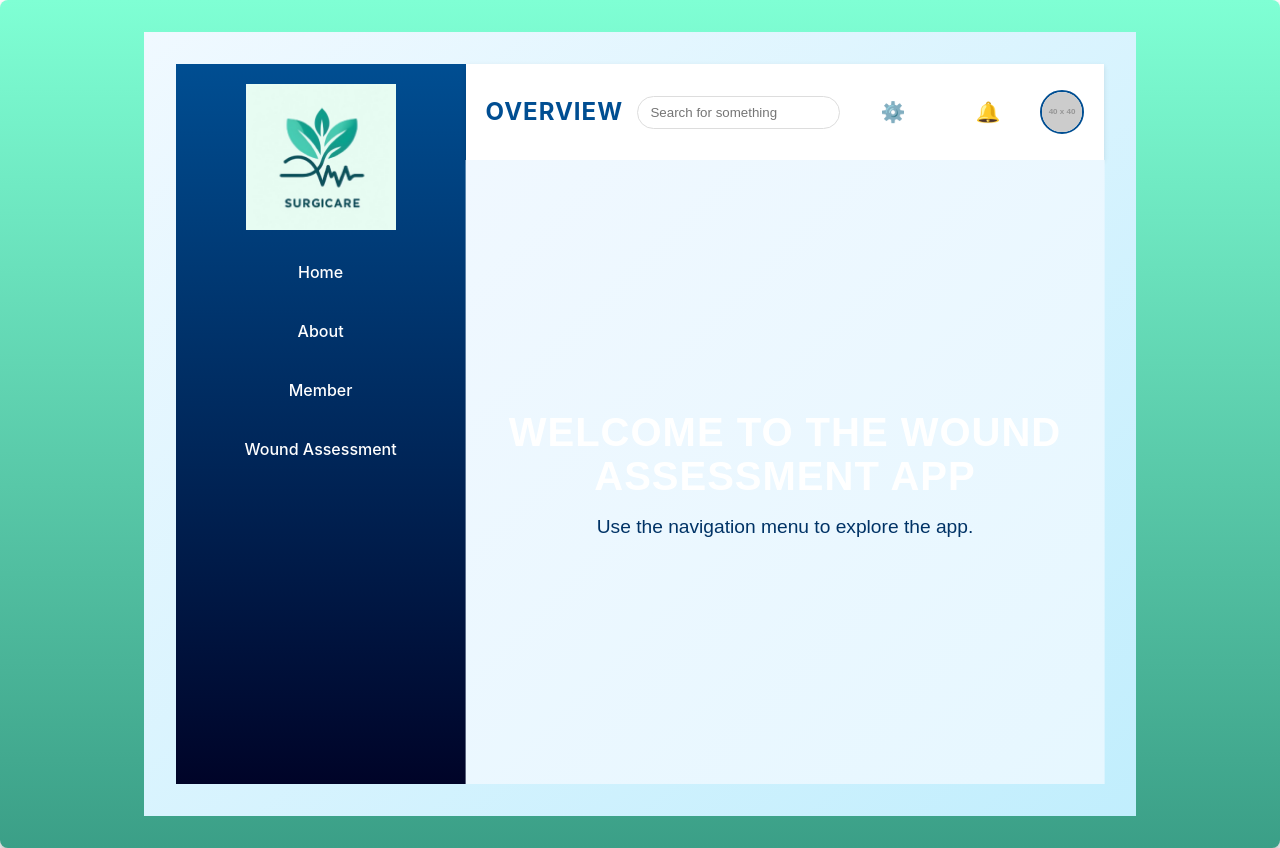
Repository: Jinwoo290350/Surgicare-Vue
Page: / (app in surgicare/)
The author's editor kept a copy of each file at every save. The page is drawn from the files as they stood at one save, then again after the next save.
The browser window is 1280 px wide. The pictures show the whole page.
The project was rebuilt for these pictures with package versions that can differ from the ones it lists, and the page was loaded fresh each time. Also part of the build but not shown: surgicare/vite.config.js, surgicare/src/views/About.vue, surgicare/src/views/Member.vue, surgicare/src/components/WoundAssessment.vue.

Above is the page before, as saved 2024-12-30 14:02:18.
Console error: TypeError: Cannot read properties of null (reading 'getContext')

### surgicare/index.html
<!doctype html>
<html lang="en">
  <head>
    <meta charset="UTF-8" />
    <link rel="icon" type="image/svg+xml" href="/vite.svg" />
    <meta name="viewport" content="width=device-width, initial-scale=1.0" />
    <title>Vite + Vue</title>
  </head>
  <body>
    <div id="app"></div>
    <script type="module" src="/src/main.js"></script>
  </script>
  <link href="https://fonts.googleapis.com/css2?family=Roboto:wght@400;500;700&display=swap" rel="stylesheet">

  <script type="text/javascript" src="./src/star.js"></script>
  </body>
</html>

### surgicare/src/main.js
import { createApp } from 'vue'
import './style.css'
import App from './App.vue'
import router from "./router";

createApp(App).use(router).mount("#app");

### surgicare/src/style.css
:root {
  font-family: Inter, system-ui, Avenir, Helvetica, Arial, sans-serif;
  line-height: 1.5;
  font-weight: 400;
  color-scheme: light dark;
  color: rgba(255, 255, 255, 0.87);
  background-color: #242424; /* Keeping the same background, just a bit darker */
  font-synthesis: none;
  text-rendering: optimizeLegibility;
  -webkit-font-smoothing: antialiased;
  -moz-osx-font-smoothing: grayscale;
}

a {
  font-weight: 500;
  text-decoration: inherit;
  transition: color 0.3s ease-in-out;
}
a:hover {
  color: #535bf2; /* Keep the same blue hover effect */
}

body {
  margin: 0;
  display: flex;
  place-items: center;
  min-width: 320px;
  min-height: 100vh;
  padding-left: 20px;
  padding-right: 20px;
  background-color: #1f2d29; /* Darkened background color */
  background-image: linear-gradient(to top, #3b9f87, #7FFFD4); /* Keep the original gradient, just darker */
  background-repeat: repeat-x;
  filter: progid:DXImageTransform.Microsoft.gradient(startColorstr='#3b9f87', endColorstr='#7FFFD4', GradientType=0);
  border-radius: 8px;
  box-shadow: 0 6px 12px rgba(0, 0, 0, 0.3); /* Stronger shadow for depth */
}

h1 {
  font-size: 3.2em;
  line-height: 1.1;
  color: #fff;
  text-transform: uppercase;
  letter-spacing: 1px;
  margin-bottom: 0.5em;
  transition: transform 0.3s ease-in-out;
}
h1:hover {
  transform: scale(1.05); /* Slightly enlarges title on hover */
}

button {
  border-radius: 8px;
  border: 1px solid transparent;
  padding: 0.8em 1.5em;
  font-size: 1em;
  font-weight: 500;
  font-family: inherit;
  background-color: #333; /* Slightly darker button background */
  color: white;
  cursor: pointer;
  transition: all 0.3s ease;
}
button:hover {
  border-color: #646cff;
  background-color: #444; /* Darker hover effect */
  transform: translateY(-2px); /* Lift effect on hover */
}
button:focus,
button:focus-visible {
  outline: 4px auto -webkit-focus-ring-color;
}

.card {
  padding: 2em;
  background-color: #2a2a2a; /* Darkened card background */
  border-radius: 12px;
  box-shadow: 0 4px 10px rgba(0, 0, 0, 0.4); /* Darker shadow for cards */
  transition: transform 0.3s ease;
}
.card:hover {
  transform: translateY(-5px); /* Slight lift effect on hover */
}

#app {
  max-width: 1280px;
  margin: 0 auto;
  padding: 2rem;
  text-align: center;
}

/* Media Query for Small Screens (Mobile) */
@media (max-width: 768px) {
  body {
    padding-left: 15px;
    padding-right: 15px;
  }

  h1 {
    font-size: 2.4em; /* Slightly smaller title for mobile screens */
  }

  button {
    padding: 0.6em 1.2em;
    font-size: 1em;
  }

  .card {
    padding: 1.5em;
  }

  #app {
    padding: 1.5rem;
  }
}

/* Light Mode Styles */
@media (prefers-color-scheme: light) {
  :root {
    color: #213547;
    background-color: #ffffff;
  }
  a:hover {
    color: #747bff;
  }
  button {
    background-color: #f9f9f9;
    color: #333;
  }
  .card {
    background-color: #f5f5f5;
    box-shadow: 0 2px 6px rgba(0, 0, 0, 0.1);
  }
}

### surgicare/src/App.vue
<template>
  <div id="app" class="app-container">
    <aside class="sidebar">
      <img src="/Users/frank/Vscode/Vue/surgicare/public/Icon_surgicare.png" alt="Logo" class="logo" />
      <nav class="menu">
        <router-link to="/">Home</router-link>
        <router-link to="/about">About</router-link>
        <router-link to="/member">Member</router-link>
        <router-link to="/wound-assessment">Wound Assessment</router-link>
      </nav>
    </aside>

    <main class="main-content">
      <header class="header">
        <h1>Overview</h1>
        <div class="header-tools">
          <input type="text" placeholder="Search for something" class="search-box" />
          <button class="settings-btn">⚙️</button>
          <button class="notifications-btn">🔔</button>
          <img src="https://via.placeholder.com/40" alt="Profile" class="profile-pic" />
        </div>
      </header>
      <div class="content-area">
        <div class="placeholder">WELCOME TO THE WOUND ASSESSMENT APP</div>
        <router-view />
      </div>
    </main>
  </div>
</template>

<script>
export default {
  name: "DashboardPage",
};
</script>

<style scoped>
/* General Styles */
body {
  margin: 0;
  font-family: 'Poppins', Arial, sans-serif;
}

.app-container {
  display: flex;
  height: 100vh;
  background: linear-gradient(to bottom right, #f0f9ff, #c1eefd);
}

.sidebar {
  width: 250px;
  background: linear-gradient(to bottom, #004e92, #000428);
  color: white;
  padding: 20px;
  display: flex;
  flex-direction: column;
  align-items: center;
}

.logo {
  width: 100%;
  max-width: 150px;
  margin-bottom: 20px;
}

.menu a {
  text-decoration: none;
  color: white;
  font-size: 16px;
  margin-bottom: 15px;
  display: block;
  text-align: center;
  padding: 10px 15px;
  border-radius: 8px;
  transition: background 0.3s, transform 0.3s;
}

.menu a:hover {
  background: rgba(255, 255, 255, 0.2);
  transform: scale(1.05);
}

.main-content {
  flex-grow: 1;
  display: flex;
  flex-direction: column;
}

.header {
  display: flex;
  justify-content: space-between;
  align-items: center;
  padding: 20px;
  background: white;
  box-shadow: 0 2px 5px rgba(0, 0, 0, 0.1);
}

.header h1 {
  font-size: 24px;
  color: #004e92;
  margin: 0;
}

.header-tools {
  display: flex;
  align-items: center;
}

.search-box {
  padding: 8px 12px;
  border: 1px solid #ddd;
  border-radius: 25px;
  margin-right: 10px;
  outline: none;
  transition: box-shadow 0.3s;
}

.search-box:focus {
  box-shadow: 0 0 10px rgba(0, 78, 146, 0.5);
}

.settings-btn,
.notifications-btn {
  background: none;
  border: none;
  font-size: 20px;
  color: #555;
  margin-right: 10px;
  cursor: pointer;
}

.profile-pic {
  width: 40px;
  height: 40px;
  border-radius: 50%;
  border: 2px solid #004e92;
}

.content-area {
  flex-grow: 1;
  background: linear-gradient(to bottom right, #e6f7f9, #ffffff);
  display: flex;
  justify-content: center;
  align-items: center;
  position: relative;
}

.placeholder {
  width: 80%;
  height: 80%;
  background: rgba(255, 255, 255, 0.8);
  border-radius: 20px;
  box-shadow: 0 4px 20px rgba(0, 0, 0, 0.1);
  display: flex;
  justify-content: center;
  align-items: center;
  font-size: 28px;
  color: #004e92;
  font-weight: bold;
  text-align: center;
}
</style>

### surgicare/src/router/index.js
import { createRouter, createWebHistory } from "vue-router";
import Home from "../views/Home.vue";
import About from "../views/About.vue";
import Member from '../views/Member.vue';
import WoundAssessment from "../components/WoundAssessment.vue";

const routes = [
  { path: "/", name: "Home", component: Home },
  { path: "/about", name: "About", component: About },
  {
    path: "/member",
    name: "Member",
    component: Member,
  },
  { path: "/wound-assessment", name: "WoundAssessment", component: WoundAssessment },
];

const router = createRouter({
  history: createWebHistory(),
  routes,
});

export default router;

### surgicare/src/views/Home.vue
<template>
  <div class="home">
    <h1 class="title">Welcome to the Wound Assessment App</h1>
    <p class="description">Use the navigation menu to explore the app.</p>
  </div>
</template>

<script>
export default {
  name: "Home",
};
</script>

<style scoped>
.home {
  display: flex;
  flex-direction: column;
  align-items: center;
  justify-content: center;
  position: absolute; /* Ensure it covers the entire viewport */
  top: 50%;
  left: 50%;
  transform: translate(-50%, -50%); /* Center content perfectly */
  width: 100%;
  height: 100%;
  background: linear-gradient(to bottom right, #f0f8ff, #e6f7ff);
  color: #003366;
  font-family: 'Arial', sans-serif;
  text-align: center;
  padding: 20px;
  box-sizing: border-box;
}

.title {
  font-size: 2.5rem;
  font-weight: bold;
  margin-bottom: 15px;
}

.description {
  font-size: 1.2rem;
  font-weight: 300;
  margin-top: 0;
}
</style>

### surgicare/src/star.js
const canvas = document.querySelector('canvas')
const c = canvas.getContext('2d')

canvas.width = innerWidth
canvas.height = innerHeight

window.addEventListener("resize", function() {
    canvas.width = window.innerWidth;
    canvas.height = window.innerHeight;
    init()
})
function Star(x, y, radius, color) {
    this.x = x
    this.y = y
    this.radius = radius
    this.color = color
    this.velocity = {
        x: (Math.random() - 0.5) * 8,
        y: 3
    }
    this.friction = 0.8
    this.gravity = 1
}

Star.prototype.draw = function() {
    c.save()
    c.beginPath()
    c.arc(this.x, this.y, this.radius, 0, Math.PI * 2, false)
    c.fillStyle = this.color
    c.shadowColor = '#E3EAEF'
    c.shadowBlur = 20
    c.fill()
    c.closePath()
    c.restore()
}

Star.prototype.update = function() {
    this.draw()

    //When ball hits bottom of screen
    if(this.y + this.radius + this.velocity.y > canvas.height - groundHeight){
        this.velocity.y = -this.velocity.y * this.friction
        this.shatter()
    }
    else{
        this.velocity.y += this.gravity
    }

    //Hits side of screen
    if(this.x + this.radius + this.velocity.x > canvas.width || this.x - this.radius <= 0){
        this.velocity.x = -this.velocity.x * this.friction
        this.shatter()
    }

    this.x += this.velocity.x
    this.y += this.velocity.y

}

Star.prototype.shatter = function(){
    this.radius -= 3
    for(let i = 0; i < 8; i++){
        miniStars.push(new MiniStar(this.x, this.y, 2))
    }

}

function MiniStar(x, y, radius, color){
    Star.call(this, x, y, radius, color)
    this.velocity = {
        x: (Math.random() - 0.5) * 10,
        y: (Math.random() - 0.5) * 30
    }
    this.friction = 0.8
    this.gravity = 0.1
    this.ttl = 100
    this.opacity = 1
}

MiniStar.prototype.draw = function() {
    c.save()
    c.beginPath()
    c.arc(this.x, this.y, this.radius, 0, Math.PI * 2, false)
    c.fillStyle = `rgba(227,234, 239, ${this.opacity})`
    c.shadowColor = '#E3EAEF'
    c.shadowBlur = 20
    c.fill()
    c.closePath()
    c.restore()
}

MiniStar.prototype.update = function() {
    this.draw()

    if(this.y + this.radius + this.velocity.y > canvas.height - groundHeight){
        this.velocity.y = -this.velocity.y * this.friction
    }
    else{
        this.velocity.y += this.gravity
    }

    this.x += this.velocity.x
    this.y += this.velocity.y
    this.ttl -= 1
    this.opacity -= 0.0001 * this.ttl
}

function creatMountainRange(mountainAmount, height, color){
    for(let i = 0; i < mountainAmount; i++){
        const mountainWidth = canvas.width / mountainAmount
        c.beginPath()
        c.moveTo(i * mountainWidth, canvas.height)
        c.lineTo(i * mountainWidth + mountainWidth + 0.2*canvas.height, canvas.height)
        c.lineTo(i * mountainWidth + mountainWidth / 2, canvas.height - height)
        c.lineTo(i * mountainWidth - 0.2*canvas.height, canvas.height)
        c.fillStyle = color
        c.fill()
        c.closePath()
    }
}

// Implementation
const backgroundGradient = c.createLinearGradient(0, 0, canvas.width, canvas.height)
backgroundGradient.addColorStop(0, '#171e26')
backgroundGradient.addColorStop(1, '#3f586b')

let stars
let miniStars
let backgroundStars
let ticker = 0
let randomSpawnRate = 75
const groundHeight = 0.09 * canvas.height
let inf = 1e9
function init() {
    stars = []
    miniStars = []
    backgroundStars = []

    for(let i = 0; i < 200; i++){
        const x = Math.random() * canvas.width
        const y = Math.random() * canvas.height
        const radius = Math.random() * 3
        backgroundStars.push(new Star(x, y, radius, 'white'))
    }
}

// Animation Loop
function animate() {
    c.clearRect(0, 0, 0, canvas.height)
    c.fillStyle = backgroundGradient
    c.fillRect(0, 0, canvas.width, canvas.height)

    backgroundStars.forEach(backgroundStar => {
        backgroundStar.draw()
    })

    if(flag) creatMountainRange(1, canvas.height * 0.7, '#384551')
    if(flag) creatMountainRange(2, canvas.height * 0.6, '#2B3843')
    if(flag) creatMountainRange(3, canvas.height * 0.4, '#26333E')
    c.fillStyle = '#182028'
    c.fillRect(0, canvas.height - groundHeight, canvas.width, groundHeight)
    stars.forEach((star, index) => {
        star.update();
        if(star.radius == 0){
            stars.splice(index, 1)
        }
    });

    miniStars.forEach((miniStar, index) => {
        miniStar.update();
        if(miniStar.ttl == 0){
            miniStars.splice(index, 1)
        }
    });

    ticker++
    if(ticker >= inf){
        ticker = 0
    }
    if(ticker % randomSpawnRate == 0){
        const radius = 9
        const x = Math.max(radius, Math.random() * canvas.width - radius)
        stars.push(new Star(x, -100, 9, '#E3EAEF'))
        randomSpawnRate = Math.floor(Math.random() * (200 - 125 + 1) + 125)
    }

    requestAnimationFrame(animate)
}

init()
animate()

After the next save:
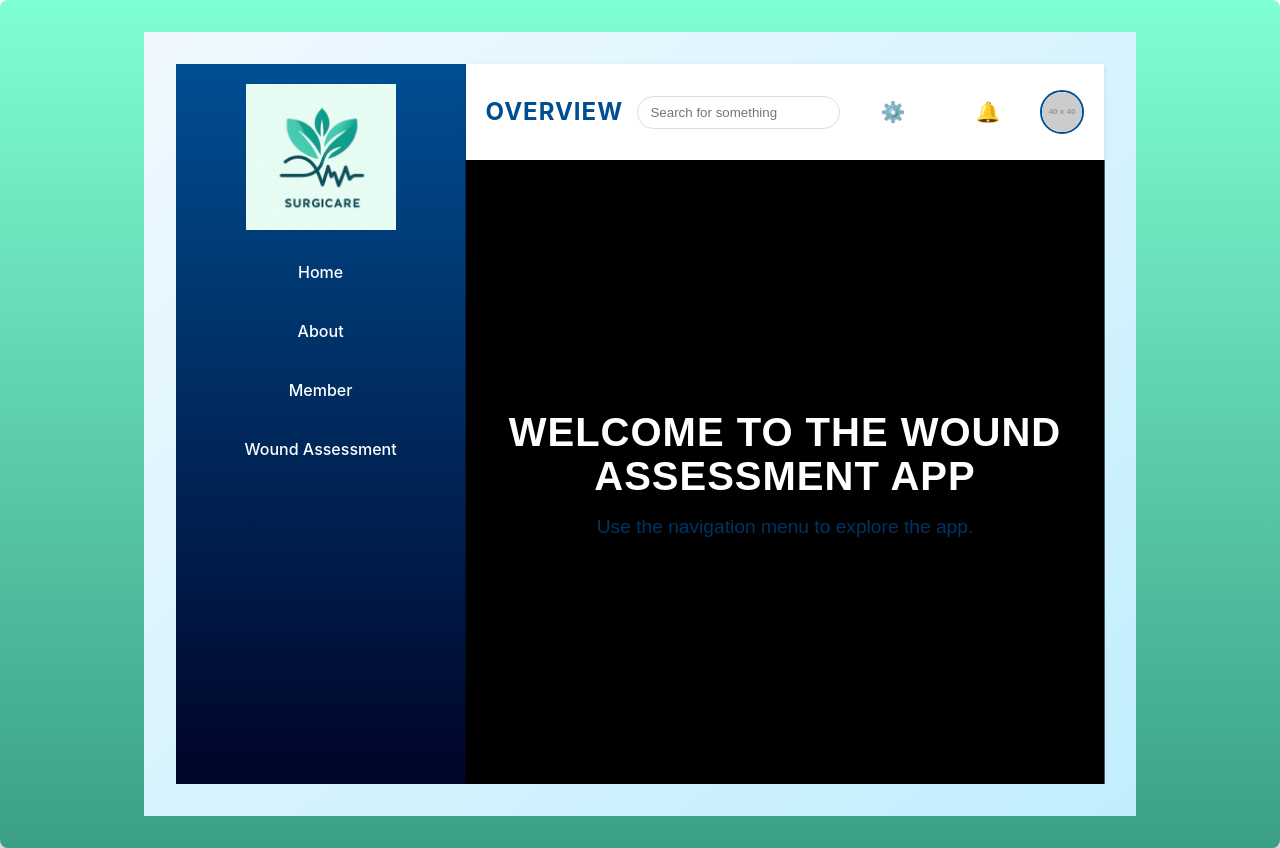
Saved 118 s later.
--- a/surgicare/src/views/Home.vue
+++ b/surgicare/src/views/Home.vue
@@ -23,7 +23,7 @@ export default {
   transform: translate(-50%, -50%); /* Center content perfectly */
   width: 100%;
   height: 100%;
-  background: linear-gradient(to bottom right, #f0f8ff, #e6f7ff);
+  background: linear-gradient(to bottom right, #000000, #000000);
   color: #003366;
   font-family: 'Arial', sans-serif;
   text-align: center;
